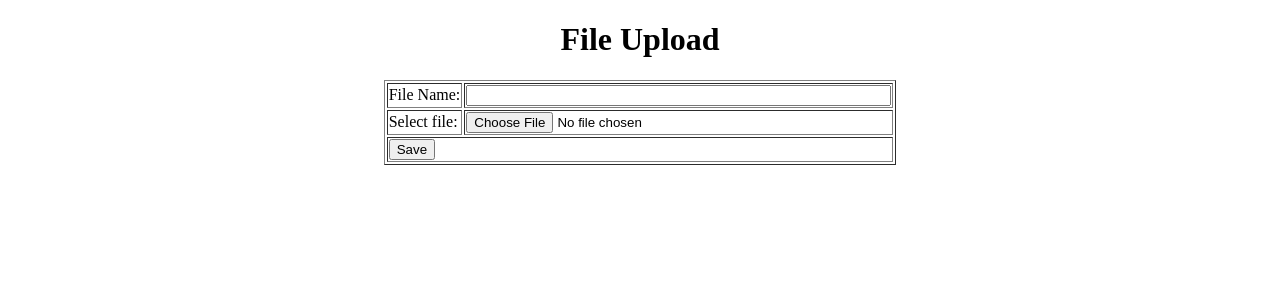
Repository: jungmintaeng/mini-ucampus
Page: http://localhost/ucam/UpSetting.jsp
The author's editor kept a copy of each file at every save. The page is drawn from the files as they stood at one save, then again after the next save.
The browser window is 1280 px wide. The pictures show the whole page.
The page is served by Tomcat 9.

Above is the page before, as saved 2016-06-11 17:57:20.

After the next save:
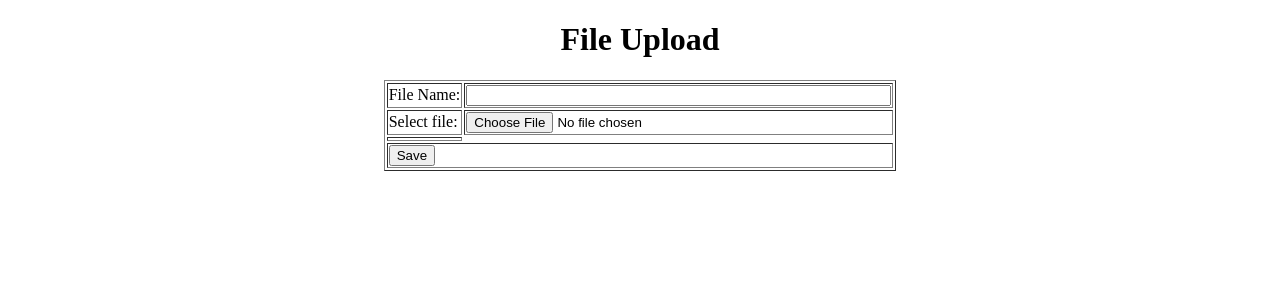
Saved 18 s later.
--- a/ucam/WebContent/UpSetting.jsp
+++ b/ucam/WebContent/UpSetting.jsp
@@ -20,6 +20,9 @@
                     <td>Select file: </td>
                     <td><input type="file" name="file" size="50"/></td>
                 </tr>
+                                <tr>
+                    <td><input type="hidden" name="type" size="50" value="note"/></td>
+                </tr>
                 <tr>
                     <td colspan="2">
                         <input type="submit" value="Save">
